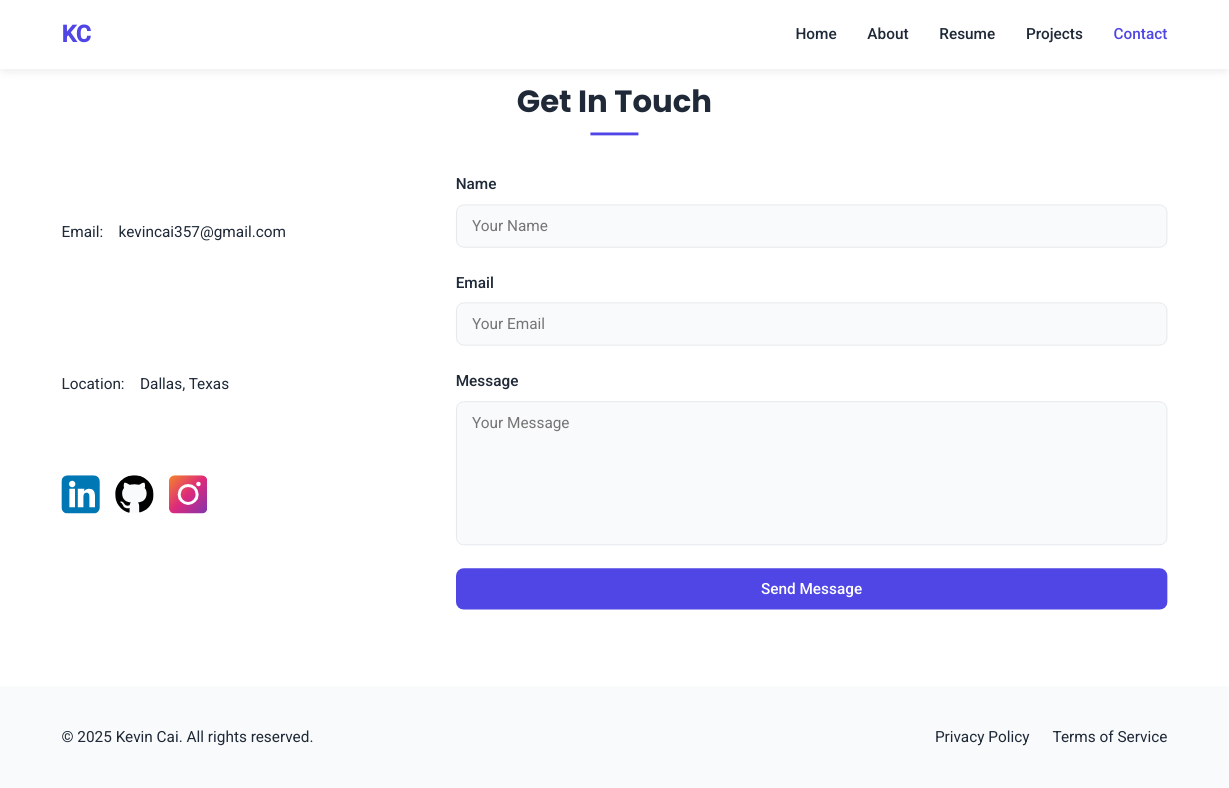
Repository: itskevbo/E-Portfolio
Page: pages/contact.html
An editor plug-in stored every save of this project. The page is shown before and after the next save, followed by the edit.
The browser window is 1280 px wide. The pictures show the whole page, at 96% of full size.

Above is the page before, as saved 2025-04-22 22:59:27.

### pages/contact.html
<!DOCTYPE html>
<html lang="en">
<head>
    <meta charset="UTF-8">
    <meta name="viewport" content="width=device-width, initial-scale=1.0">
    <title>Kevin Cai | Contact</title>
    <meta name="description" content="Get in touch with Kevin Cai">

    <!-- Favicon -->
    <link rel="icon" href="../assets/images/favicon.ico">

    <!-- CSS -->
    <link rel="stylesheet" href="../styles/main.css">

    <!-- Google Fonts -->
    <link rel="preconnect" href="https://fonts.googleapis.com">
    <link rel="preconnect" href="https://fonts.gstatic.com" crossorigin>
    <link href="https://fonts.googleapis.com/css2?family=Poppins:wght@300;400;500;700&family=Roboto:wght@400;500&display=swap" rel="stylesheet">
</head>
<body>
    <!-- Header Component -->
    <header class="header" id="header">
        <div class="container">
            <div class="header__logo">
                <a href="../index.html" class="logo">KC</a>
            </div>

            <nav class="header__nav" id="nav-menu">
                <ul class="header__nav-list">
                    <li class="header__nav-item"><a href="../index.html" class="header__nav-link">Home</a></li>
                    <li class="header__nav-item"><a href="about.html" class="header__nav-link">About</a></li>
                    <li class="header__nav-item"><a href="resume.html" class="header__nav-link">Resume</a></li>
                    <li class="header__nav-item"><a href="projects.html" class="header__nav-link">Projects</a></li>
                    <li class="header__nav-item"><a href="contact.html" class="header__nav-link active">Contact</a></li>
                </ul>

                <div class="header__nav-toggle" id="nav-toggle">
                    <span></span>
                    <span></span>
                    <span></span>
                </div>
            </nav>
        </div>
    </header>

    <main>
        <!-- Contact Section Component -->
        <section class="contact section" id="contact">
            <div class="container">
                <h2 class="section__title">Get In Touch</h2>
                <div class="contact__content">
                    <div class="contact__info">
                        <div class="contact__info-item">
                            <span class="icon">Email:</span>
                            <a href="mailto:kevincai357@gmail.com">kevincai357@gmail.com</a>
                        </div>
                        <div class="contact__info-item">
                            <span class="icon">Location:</span>
                            <span>Dallas, Texas</span>
                        </div>
                        <div class="contact__social">
                            <a href="https://www.linkedin.com/in/kevincai357/" class="contact__social-link" target="_blank">
                                <img src="../assets/icons/linkedin.svg" alt="LinkedIn" class="contact__social-icon">
                            </a>
                            <a href="https://github.com/itskevbo" class="contact__social-link" target="_blank">
                                <img src="../assets/icons/github.svg" alt="GitHub" class="contact__social-icon">
                            </a>
                            <a href="https://www.instagram.com/_itskevbo/" class="contact__social-link" target="_blank">
                                <img src="../assets/icons/instagram.svg" alt="Instagram" class="contact__social-icon">
                            </a>
                        </div>
                    </div>
                    <form class="contact__form" id="contact-form">
                        <div class="form-group">
                            <label for="name">Name</label>
                            <input type="text" id="name" name="name" placeholder="Your Name" required>
                        </div>
                        <div class="form-group">
                            <label for="email">Email</label>
                            <input type="email" id="email" name="email" placeholder="Your Email" required>
                        </div>
                        <div class="form-group">
                            <label for="message">Message</label>
                            <textarea id="message" name="message" placeholder="Your Message" required></textarea>
                        </div>
                        <button type="submit" class="btn btn-primary">Send Message</button>
                    </form>
                </div>
            </div>
        </section>
    </main>

    <!-- Footer Component -->
    <footer class="footer">
        <div class="container">
            <div class="footer__content">
                <p>&copy; 2025 Kevin Cai. All rights reserved.</p>
                <div class="footer__links">
                    <a href="#" class="footer__link">Privacy Policy</a>
                    <a href="#" class="footer__link">Terms of Service</a>
                </div>
            </div>
        </div>
    </footer>

    <!-- JS -->
    <script src="../scripts/main.js"></script>
</body>
</html>

### styles/main.css
/*=============== VARIABLES ===============*/
:root {
    /* Colors */
    --primary-color: #4f46e5;
    --primary-color-alt: #2f24a5;
    --secondary-color: #3b82f6;
    --accent-color: #8b5cf6;
    --text-color: #1f2937;
    --text-color-light: #6b7280;
    --body-color: #ffffff;
    --container-color: #f9fafb;
    --border-color: #e5e7eb;
    --success-color: #10b981;
    --error-color: #ef4444;

    /* Typography */
    --body-font: 'Roboto', sans-serif;
    --heading-font: 'Poppins', sans-serif;
    --h1-font-size: 2.5rem;
    --h2-font-size: 2rem;
    --h3-font-size: 1.5rem;
    --normal-font-size: 1rem;
    --small-font-size: 0.875rem;
    --smaller-font-size: 0.75rem;

    /* Font weights */
    --font-light: 300;
    --font-regular: 400;
    --font-medium: 500;
    --font-bold: 700;

    /* Z-index */
    --z-tooltip: 10;
    --z-fixed: 100;

    /* Transitions */
    --transition: all 0.3s ease;
}

/*=============== BASE ===============*/
* {
    margin: 0;
    padding: 0;
    box-sizing: border-box;
}

html {
    scroll-behavior: smooth;
}

body {
    font-family: var(--body-font);
    font-size: var(--normal-font-size);
    color: var(--text-color);
    background-color: var(--body-color);
    line-height: 1.6;
}

h1, h2, h3 {
    font-family: var(--heading-font);
    font-weight: var(--font-bold);
    color: var(--text-color);
}

ul {
    list-style: none;
}

a {
    text-decoration: none;
    color: var(--text-color);
    transition: var(--transition);
}

a:hover {
    color: var(--primary-color);
}

img {
    max-width: 100%;
    height: auto;
}

button,
input,
textarea {
    font-family: var(--body-font);
    font-size: var(--normal-font-size);
    outline: none;
    border: none;
}

button {
    cursor: pointer;
    background: none;
}

/*=============== REUSABLE CLASSES ===============*/
.container {
    max-width: 1200px;
    margin: 0 auto;
    padding: 0 1.5rem;
}

.section {
    padding: 5rem 0;
}

.section__title {
    font-size: var(--h2-font-size);
    text-align: center;
    margin-bottom: 3rem;
    position: relative;
}

.section__title::after {
    content: '';
    position: absolute;
    width: 50px;
    height: 3px;
    background-color: var(--primary-color);
    bottom: -10px;
    left: 50%;
    transform: translateX(-50%);
}

.highlight {
    color: var(--primary-color);
}

.grid {
    display: grid;
    gap: 1.5rem;
}

/*=============== BUTTONS ===============*/
.btn {
    display: inline-flex;
    align-items: center;
    justify-content: center;
    padding: 0.75rem 1.5rem;
    border-radius: 0.5rem;
    font-weight: var(--font-medium);
    transition: var(--transition);
}

.btn-primary {
    background-color: var(--primary-color);
    color: white;
}

.btn-primary:hover {
    background-color: var(--primary-color-alt);
    color: white;
}

.btn-outline {
    border: 2px solid var(--primary-color);
    color: var(--primary-color);
}

.btn-outline:hover {
    background-color: var(--primary-color);
    color: white;
}

/*=============== HEADER & NAV ===============*/
.header {
    position: fixed;
    top: 0;
    left: 0;
    width: 100%;
    background-color: var(--body-color);
    box-shadow: 0 2px 10px rgba(0, 0, 0, 0.1);
    z-index: var(--z-fixed);
}

.header .container {
    display: flex;
    align-items: center;
    justify-content: space-between;
    height: 4.5rem;
}

.header__logo .logo {
    font-size: 1.5rem;
    font-weight: var(--font-bold);
    color: var(--primary-color);
}

.header__nav {
    display: flex;
    align-items: center;
}

.header__nav-list {
    display: flex;
    gap: 2rem;
}

.header__nav-link {
    font-weight: var(--font-medium);
}

.header__nav-link.active {
    color: var(--primary-color);
}

.header__nav-toggle {
    display: none;
    flex-direction: column;
    gap: 5px;
    cursor: pointer;
}

.header__nav-toggle span {
    width: 25px;
    height: 2px;
    background-color: var(--text-color);
    transition: var(--transition);
}

/*=============== HERO ===============*/
.hero {
    min-height: 100vh;
    display: flex;
    align-items: center;
    padding-top: 4.5rem;
}

.hero .container {
    display: grid;
    grid-template-columns: 1fr 1fr;
    align-items: center;
    gap: 2.5rem;
}

.hero__title {
    font-size: var(--h1-font-size);
    margin-bottom: 1rem;
}

.hero__subtitle {
    font-size: var(--h3-font-size);
    color: var(--primary-color);
    margin-bottom: 1.5rem;
}

.hero__description {
    margin-bottom: 2rem;
    max-width: 400px;
}

.hero__actions {
    display: flex;
    gap: 1rem;
}

.hero__image-placeholder {
    background-color: var(--border-color);
    border-radius: 1rem;
    height: 400px;
    width: 100%;
}

/*=============== ABOUT ===============*/
.about__content {
    display: grid;
    grid-template-columns: 1fr 1fr;
    gap: 2.5rem;
    align-items: center;
}

.about__text p {
    margin-bottom: 1.5rem;
}

.about__image-placeholder {
    background-color: var(--border-color);
    border-radius: 1rem;
    height: 400px;
    width: 100%;
}

/*=============== PROJECTS ===============*/
.projects__filter {
    display: flex;
    justify-content: center;
    flex-wrap: wrap;
    gap: 1rem;
    margin-bottom: 2rem;
}

.projects__filter-btn {
    padding: 0.5rem 1.5rem;
    border-radius: 0.5rem;
    color: var(--text-color);
    font-weight: var(--font-medium);
    transition: var(--transition);
}

.projects__filter-btn:hover,
.projects__filter-btn.active {
    background-color: var(--primary-color);
    color: white;
}

.projects__grid {
    display: grid;
    grid-template-columns: repeat(auto-fill, minmax(280px, 1fr));
    gap: 2rem;
}

.project-card {
    background-color: var(--container-color);
    border-radius: 1rem;
    overflow: hidden;
    box-shadow: 0 4px 15px rgba(0, 0, 0, 0.1);
    transition: var(--transition);
}

.project-card:hover {
    transform: translateY(-10px);
    box-shadow: 0 10px 25px rgba(0, 0, 0, 0.2);
}

.project-card__image-placeholder {
    background-color: var(--border-color);
    height: 200px;
    width: 100%;
}

.project-card__content {
    padding: 1.5rem;
}

.project-card__title {
    margin-bottom: 0.75rem;
}

.project-card__description {
    color: var(--text-color-light);
    margin-bottom: 1rem;
}

.project-card__tags {
    display: flex;
    flex-wrap: wrap;
    gap: 0.5rem;
    margin-bottom: 1rem;
}

.tag {
    background-color: rgba(79, 70, 229, 0.1);
    color: var(--primary-color);
    padding: 0.25rem 0.75rem;
    border-radius: 0.5rem;
    font-size: var(--small-font-size);
}

.project-card__links {
    display: flex;
    gap: 1rem;
}

.project-card__link {
    color: var(--text-color-light);
}

.project-card__link:hover {
    color: var(--primary-color);
}

/*=============== SKILLS ===============*/
.skills__content {
    display: grid;
    grid-template-columns: repeat(auto-fit, minmax(300px, 1fr));
    gap: 2rem;
}

.skills__category-title {
    margin-bottom: 1.5rem;
    position: relative;
    display: inline-block;
    padding-left: 1rem;
}

.skills__category-title::before {
    content: '';
    position: absolute;
    width: 3px;
    height: 100%;
    background-color: var(--primary-color);
    left: 0;
    top: 0;
}

.skills__list {
    display: grid;
    gap: 1rem;
}

.skill-item {
    display: grid;
    gap: 0.5rem;
}

.skill-item__name {
    display: flex;
    justify-content: space-between;
}

.skill-item__bar {
    width: 100%;
    height: 8px;
    background-color: var(--border-color);
    border-radius: 1rem;
    overflow: hidden;
}

.skill-item__progress {
    height: 100%;
    background-color: var(--primary-color);
    border-radius: 1rem;
}

/*=============== CONTACT ===============*/
.contact__content {
    display: grid;
    grid-template-columns: 1fr 2fr;
    gap: 2.5rem;
}

.contact__info {
    display: grid;
    gap: 2rem;
}

.contact__info-item {
    display: flex;
    align-items: center;
    gap: 1rem;
}

.contact__social {
    display: flex;
    gap: 1rem;
}

.contact__social-link {
    display: flex;
    align-items: center;
    justify-content: center;
    width: 40px;
    height: 40px;
    border-radius: 50%;
    background-color: var(--container-color);
    color: var(--text-color);
    transition: var(--transition);
}

.contact__social-link:hover {
    background-color: var(--primary-color);
    color: white;
}

.contact__form {
    display: grid;
    gap: 1.5rem;
}

.form-group {
    display: grid;
    gap: 0.5rem;
}

.form-group label {
    font-weight: var(--font-medium);
}

.form-group input,
.form-group textarea {
    width: 100%;
    padding: 0.75rem 1rem;
    border: 1px solid var(--border-color);
    border-radius: 0.5rem;
    background-color: var(--container-color);
    transition: var(--transition);
}

.form-group input:focus,
.form-group textarea:focus {
    border-color: var(--primary-color);
}

.form-group textarea {
    height: 150px;
    resize: none;
}

/*=============== FOOTER ===============*/
.footer {
    background-color: var(--container-color);
    padding: 2.5rem 0;
}

.footer__content {
    display: flex;
    justify-content: space-between;
    align-items: center;
}

.footer__links {
    display: flex;
    gap: 1.5rem;
}

/*=============== MEDIA QUERIES ===============*/
/* For medium devices */
@media screen and (max-width: 968px) {
    :root {
        --h1-font-size: 2.25rem;
        --h2-font-size: 1.75rem;
        --h3-font-size: 1.25rem;
    }

    .hero .container,
    .about__content {
        grid-template-columns: 1fr;
    }

    .hero__image {
        grid-row: 1;
    }

    .contact__content {
        grid-template-columns: 1fr;
    }
}

/* For small devices */
@media screen and (max-width: 768px) {
    .header__nav-list {
        position: fixed;
        top: 4.5rem;
        right: -100%;
        background-color: var(--body-color);
        width: 80%;
        height: 100vh;
        flex-direction: column;
        align-items: center;
        justify-content: center;
        padding: 3rem 0;
        box-shadow: -5px 0 15px rgba(0, 0, 0, 0.1);
        transition: var(--transition);
    }

    .header__nav-list.show-menu {
        right: 0;
    }

    .header__nav-toggle {
        display: flex;
    }

    .header__nav-toggle.active span:nth-child(1) {
        transform: rotate(45deg) translate(5px, 5px);
    }

    .header__nav-toggle.active span:nth-child(2) {
        opacity: 0;
    }

    .header__nav-toggle.active span:nth-child(3) {
        transform: rotate(-45deg) translate(5px, -5px);
    }

    .footer__content {
        flex-direction: column;
        gap: 1rem;
    }
}

/* For smaller devices */
@media screen and (max-width: 350px) {
    :root {
        --h1-font-size: 2rem;
        --h2-font-size: 1.5rem;
        --h3-font-size: 1.25rem;
    }

    .container {
        padding: 0 1rem;
    }

    .hero__actions {
        flex-direction: column;
        width: 100%;
    }

    .hero__actions .btn {
        width: 100%;
        text-align: center;
    }

    .projects__filter {
        flex-direction: column;
        width: 100%;
    }
}

### assets/icons/linkedin.svg
<svg xmlns="http://www.w3.org/2000/svg" viewBox="0 0 24 24" fill="#0077B5" width="48px" height="48px">
    <rect width="24" height="24" rx="4" fill="#0077B5"/>
    <path d="M4.98 8.5H8.48V20H4.98V8.5ZM6.73 3.5C5.62 3.5 4.73 4.39 4.73 5.5C4.73 6.61 5.62 7.5 6.73 7.5C7.84 7.5 8.73 6.61 8.73 5.5C8.73 4.39 7.84 3.5 6.73 3.5ZM10.98 8.5H14.23V10.03H14.28C14.73 9.23 15.84 8.5 17.23 8.5C20.18 8.5 20.98 10.5 20.98 13.23V20H17.48V13.98C17.48 12.73 17.46 11.03 15.73 11.03C13.98 11.03 13.73 12.48 13.73 13.9V20H10.23V8.5H10.98Z" fill="white"/>
</svg>

### assets/icons/instagram.svg
<svg xmlns="http://www.w3.org/2000/svg" viewBox="0 0 512 512" width="100" height="100">
    <linearGradient id="grad" x1="0%" y1="0%" x2="100%" y2="100%">
        <stop offset="0%" style="stop-color:#f58529;stop-opacity:1" />
        <stop offset="50%" style="stop-color:#dd2a7b;stop-opacity:1" />
        <stop offset="100%" style="stop-color:#8134af;stop-opacity:1" />
    </linearGradient>
    <rect width="512" height="512" rx="15%" fill="url(#grad)" />
    <circle cx="256" cy="256" r="120" fill="none" stroke="#fff" stroke-width="40" />
    <circle cx="393" cy="119" r="30" fill="#fff" />
</svg>

### scripts/main.js
/*==================== MAIN JS ====================*/
document.addEventListener('DOMContentLoaded', () => {
    // Initialize all components
    initNavMenu();
    initScrollActiveLink();
    initProjectsFilter();
    initContactForm();
});

/*==================== NAVIGATION MENU ====================*/
function initNavMenu() {
    const navToggle = document.getElementById('nav-toggle');
    const navMenu = document.getElementById('nav-menu');

    if (navToggle && navMenu) {
        // Toggle menu on click
        navToggle.addEventListener('click', () => {
            navMenu.classList.toggle('show-menu');
            navToggle.classList.toggle('active');
        });

        // Close menu when clicking on nav links
        const navLinks = document.querySelectorAll('.header__nav-link');
        navLinks.forEach(link => {
            link.addEventListener('click', () => {
                navMenu.classList.remove('show-menu');
                navToggle.classList.remove('active');
            });
        });
    }
}

/*==================== SCROLL SECTIONS ACTIVE LINK ====================*/
function initScrollActiveLink() {
    const sections = document.querySelectorAll('section[id]');

    const scrollActive = () => {
        const scrollY = window.pageYOffset;

        sections.forEach(current => {
            const sectionHeight = current.offsetHeight;
            const sectionTop = current.offsetTop - 50;
            const sectionId = current.getAttribute('id');
            const sectionLink = document.querySelector(`.header__nav-link[href*="${sectionId}"]`);

            if (scrollY > sectionTop && scrollY <= sectionTop + sectionHeight) {
                sectionLink?.classList.add('active');
            } else {
                sectionLink?.classList.remove('active');
            }
        });
    };

    window.addEventListener('scroll', scrollActive);
}

/*==================== PROJECTS FILTER ====================*/
function initProjectsFilter() {
    const filterButtons = document.querySelectorAll('.projects__filter-btn');
    const projectCards = document.querySelectorAll('.project-card');

    if (filterButtons.length && projectCards.length) {
        // Add click event to each filter button
        filterButtons.forEach(button => {
            button.addEventListener('click', () => {
                // Remove active class from all buttons
                filterButtons.forEach(btn => btn.classList.remove('active'));

                // Add active class to clicked button
                button.classList.add('active');

                // Get filter value
                const filterValue = button.getAttribute('data-filter');

                // Filter projects
                projectCards.forEach(card => {
                    const cardCategory = card.getAttribute('data-category');

                    if (filterValue === 'all' || filterValue === cardCategory) {
                        card.style.display = 'block';

                        // Add animation
                        setTimeout(() => {
                            card.style.opacity = '1';
                            card.style.transform = 'scale(1)';
                        }, 100);
                    } else {
                        card.style.opacity = '0';
                        card.style.transform = 'scale(0.8)';

                        // Hide after animation
                        setTimeout(() => {
                            card.style.display = 'none';
                        }, 300);
                    }
                });
            });
        });
    }
}

/*==================== CONTACT FORM ====================*/
function initContactForm() {
    const contactForm = document.getElementById('contact-form');

    if (contactForm) {
        contactForm.addEventListener('submit', (e) => {
            e.preventDefault();

            // Get form data
            const formData = new FormData(contactForm);
            const formObject = Object.fromEntries(formData);

            // For now, just log the form data (this would be replaced with actual form submission)
            console.log('Form submission:', formObject);

            // Show success message (this is a placeholder - would be replaced with actual feedback)
            alert('Thank you for your message! I will get back to you soon.');

            // Reset form
            contactForm.reset();
        });
    }
}

/*==================== SCROLL REVEAL ANIMATION ====================*/
// This is a placeholder for future implementation
// You might want to use a library like ScrollReveal for this
function initScrollReveal() {
    // This would be implemented later
    console.log('ScrollReveal not implemented yet');
}

/*==================== INTERSECTION OBSERVER FOR LAZY LOADING ====================*/
// This is a placeholder for future implementation with React components
function initLazyLoading() {
    // This would be implemented later
    console.log('Lazy loading not implemented yet');
}

/*==================== UTILITY FUNCTIONS ====================*/
// These will be useful when migrating to React components

/**
 * Debounce function to limit how often a function can be called
 * @param {Function} func - Function to debounce
 * @param {number} wait - Time to wait in milliseconds
 * @returns {Function} - Debounced function
 */
function debounce(func, wait = 100) {
    let timeout;
    return function(...args) {
        clearTimeout(timeout);
        timeout = setTimeout(() => func.apply(this, args), wait);
    };
}

/**
 * Format date to readable string
 * @param {Date|string} date - Date to format
 * @returns {string} - Formatted date string
 */
function formatDate(date) {
    const d = new Date(date);
    return d.toLocaleDateString('en-US', {
        year: 'numeric',
        month: 'long',
        day: 'numeric'
    });
}

/**
 * Validate email address format
 * @param {string} email - Email to validate
 * @returns {boolean} - Whether email is valid
 */
function isValidEmail(email) {
    const emailRegex = /^[^\s@]+@[^\s@]+\.[^\s@]+$/;
    return emailRegex.test(email);
}

Loaded but not shown: assets/icons/github.svg (3 lines, source omitted)

After the next save:
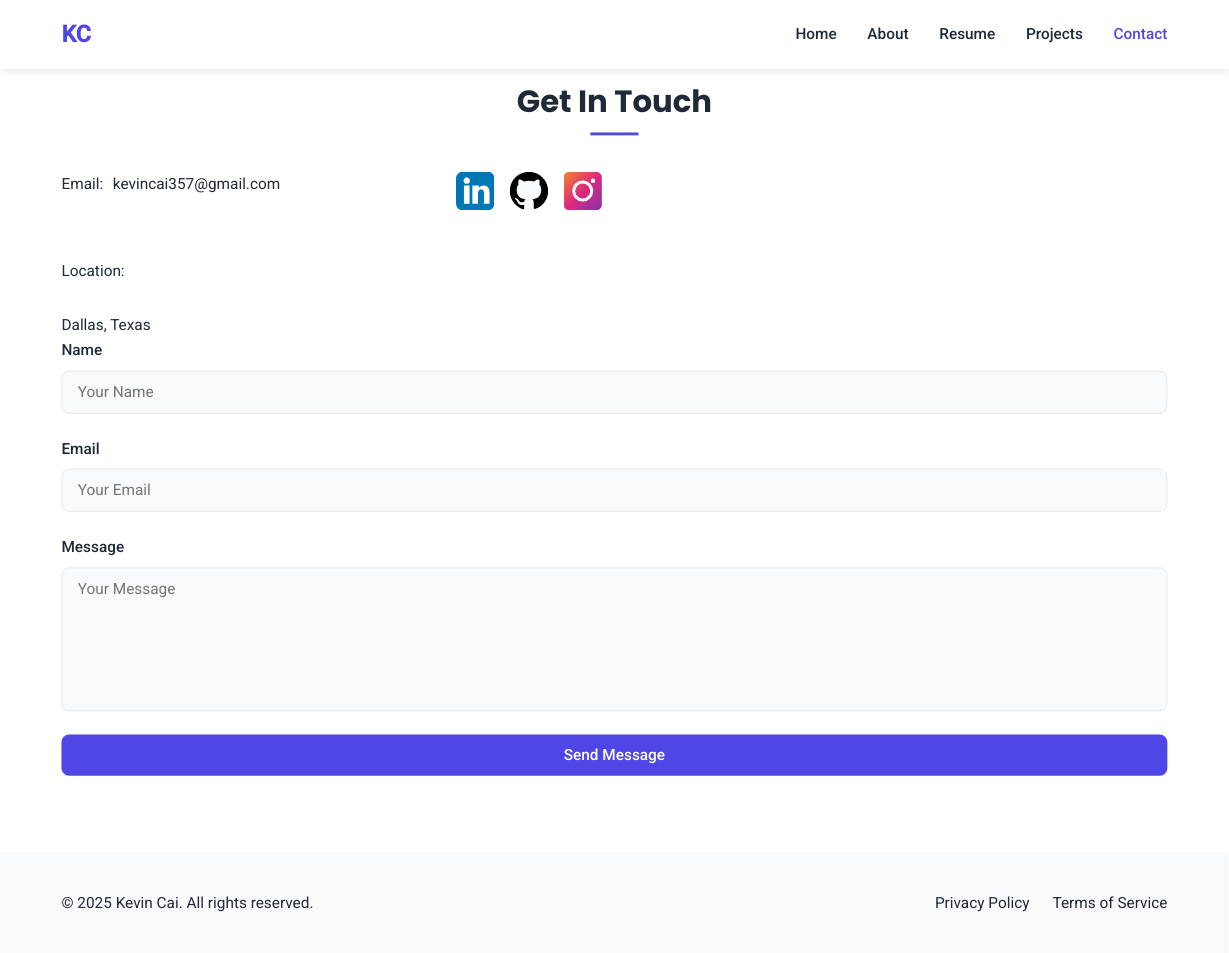
Saved 3 min 32 s later.
--- a/pages/contact.html
+++ b/pages/contact.html
@@ -50,11 +50,11 @@
                 <h2 class="section__title">Get In Touch</h2>
                 <div class="contact__content">
                     <div class="contact__info">
-                        <div class="contact__info-item">
+                        <div class="contact__info-item" style="display: flex; align-items: center; gap: 10px;">
                             <span class="icon">Email:</span>
                             <a href="mailto:kevincai357@gmail.com">kevincai357@gmail.com</a>
                         </div>
-                        <div class="contact__info-item">
+                        <div class="contact__info-item" style="display: flex; align-items: center; gap: 10px;"></div>
                             <span class="icon">Location:</span>
                             <span>Dallas, Texas</span>
                         </div>
